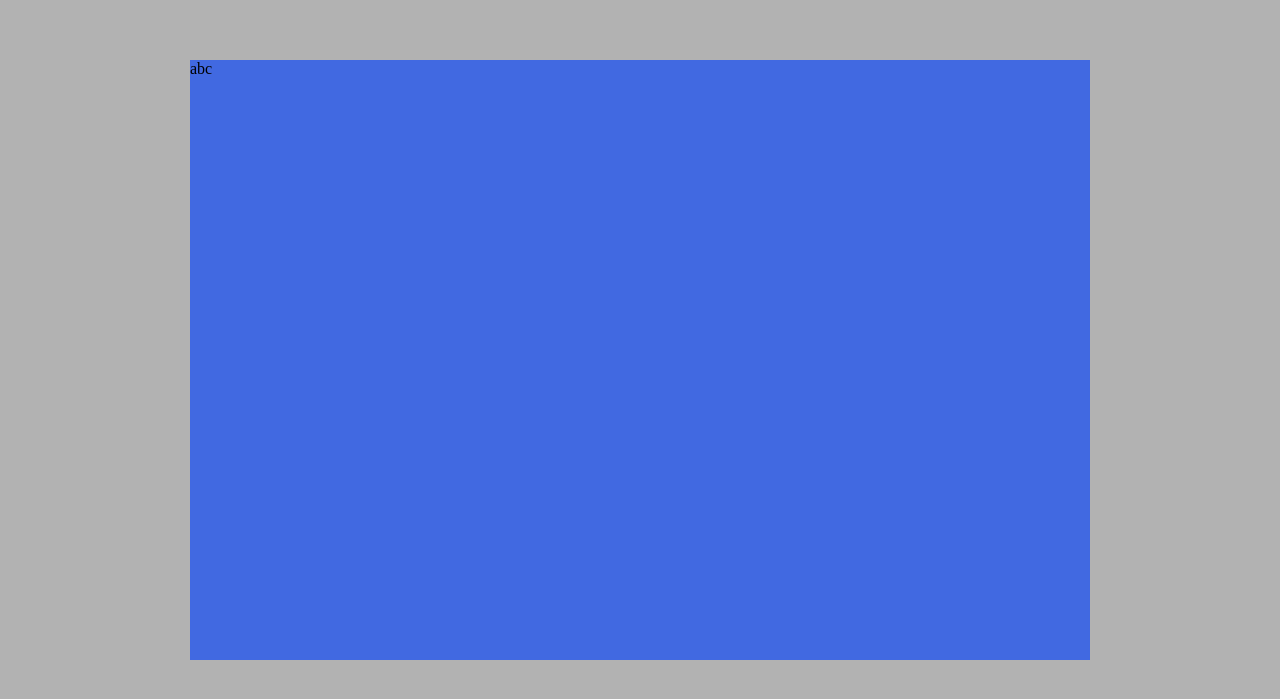
Repository: devix2107/thanhvia8.github.io
Page: background/index.html
An editor plug-in stored every save of this project. The page is shown before and after the next save, followed by the edit.
The browser window is 1280 px wide. The pictures show the whole page.

Above is the page before, as saved 2021-11-13 16:44:48.

### background/index.html
<!DOCTYPE html>
<html lang="en">
  <head>
    <meta charset="UTF-8" />
    <meta http-equiv="X-UA-Compatible" content="IE=edge" />
    <meta name="viewport" content="width=device-width, initial-scale=1.0" />
    <title>Document</title>
    <link rel="stylesheet" href="./main.css" />
  </head>
  <body>
    <div class="theme">
      <header class="theme-container">abc</header>
    </div>
  </body>
</html>

### background/main.css
* {
  padding: 0;
  margin: 0;
  box-sizing: border-box;
}

.theme {
  position: fixed;
  top: 0;
  bottom: 0;
  right: 0;
  left: 0;
  background: rgba(0, 0, 0, 0.3);
  display: flex;
  align-items: center;
  justify-content: center;
}

.theme-container {
  background-color: royalblue;
  width: 900px;
  min-height: 600px;
}

After the next save:
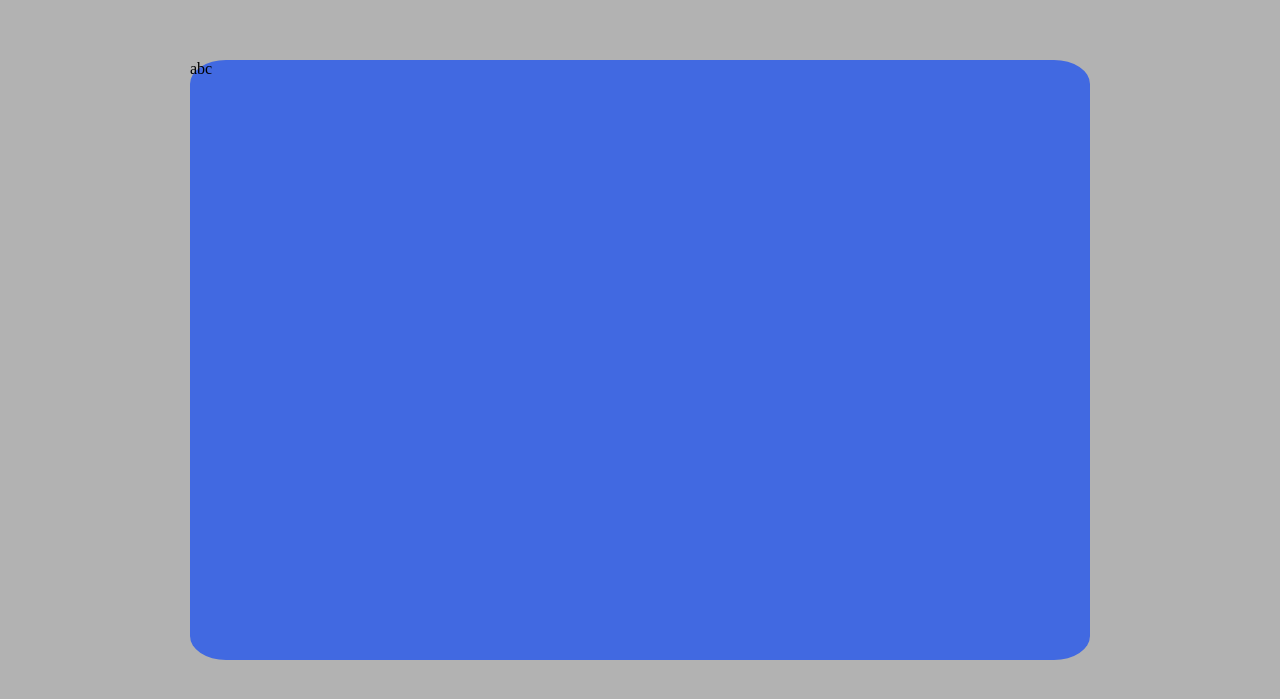
Saved 26 s later.
--- a/background/main.css
+++ b/background/main.css
@@ -20,4 +20,5 @@
   background-color: royalblue;
   width: 900px;
   min-height: 600px;
+  border-radius: 4%;
 }
